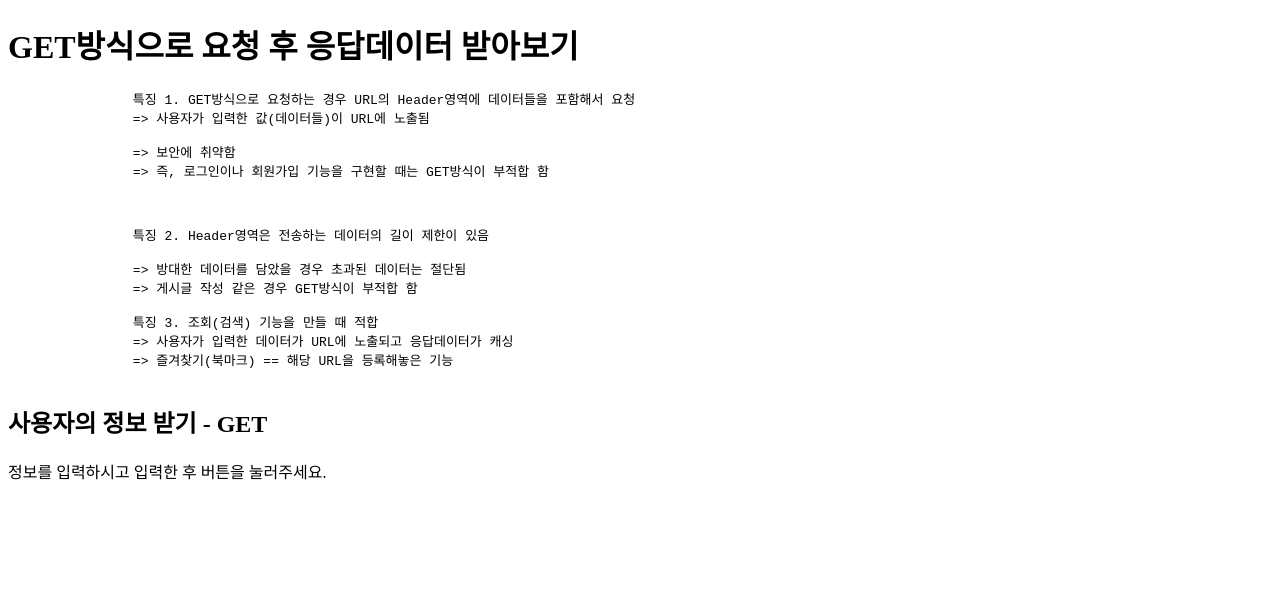
Repository: MiadongDeersfeet/webservice
Page: MyFirstWebProject/src/main/webapp/views/request_get.html
These files come from the project's save history. The page is drawn as it stood at one moment and after the next save; the edit follows.
The browser window is 1280 px wide. The pictures show the whole page.

Above is the page before, as saved 2025-09-22 08:05:36.

### MyFirstWebProject/src/main/webapp/views/request_get.html
<!DOCTYPE html>
<html>
<head>
<meta charset="UTF-8">
<title>Get 방식 요청 테스트</title>
<style>
	ul {
		list-style: none;
		line-height: 200%;
	}
</style>
</head>
<body>
	<h1>GET방식으로 요청 후 응답데이터 받아보기</h1>

	<pre>
		특징 1. GET방식으로 요청하는 경우 URL의 Header영역에 데이터들을 포함해서 요청
		=> 사용자가 입력한 값(데이터들)이 URL에 노출됨 <br>
		=> 보안에 취약함
		=> 즉, 로그인이나 회원가입 기능을 구현할 때는 GET방식이 부적합 함 <br><br>

		특징 2. Header영역은 전송하는 데이터의 길이 제한이 있음 <br>
		=> 방대한 데이터를 담았을 경우 초과된 데이터는 절단됨
		=> 게시글 작성 같은 경우 GET방식이 부적합 함

		특징 3. 조회(검색) 기능을 만들 때 적합
		=> 사용자가 입력한 데이터가 URL에 노출되고 응답데이터가 캐싱
		=> 즐겨찾기(북마크) == 해당 URL을 등록해놓은 기능
	</pre>

	<h2> 사용자의 정보 받기 - GET </h2>
	<p>정보를 입력하시고 입력한 후 버튼을 눌러주세요.</p>


</body>
</html>

After the next save:
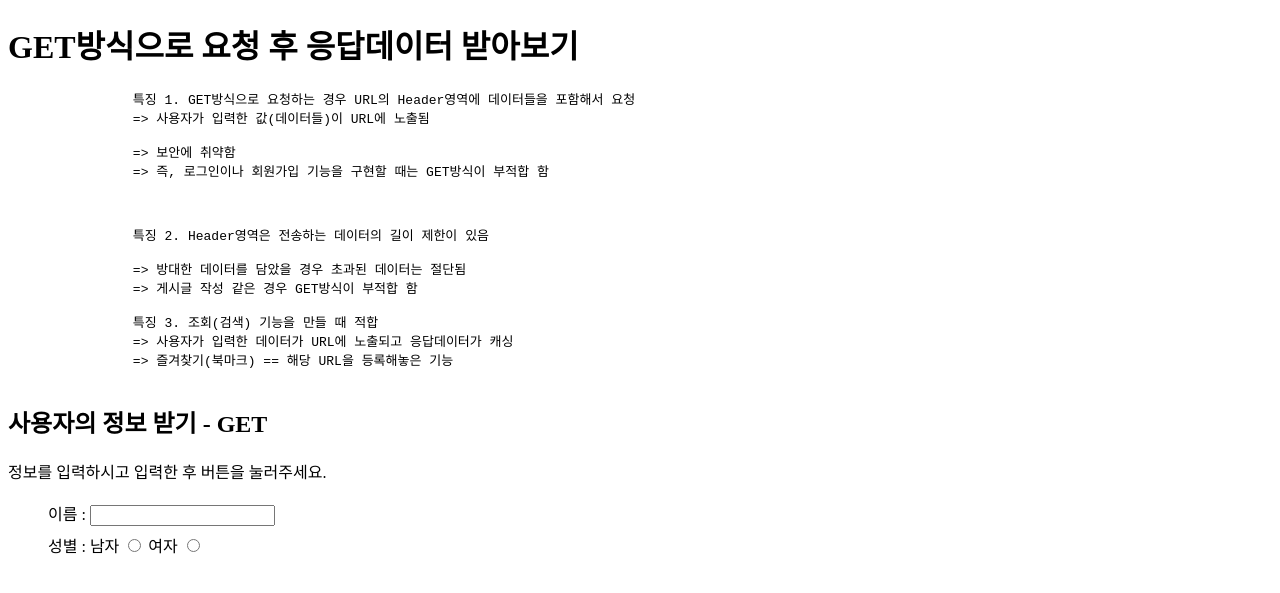
Saved 3 min 49 s later.
--- a/MyFirstWebProject/src/main/webapp/views/request_get.html
+++ b/MyFirstWebProject/src/main/webapp/views/request_get.html
@@ -31,6 +31,20 @@
 	<h2> 사용자의 정보 받기 - GET </h2>
 	<p>정보를 입력하시고 입력한 후 버튼을 눌러주세요.</p>
 
+	<form method="get">
+		<ul>
+			<li>
+				이름 : <input type="text">
+			</li>
+			<li>
+				성별 :
+				남자 <input type="radio">
+				여자 <input type="radio">
+			</li>
+		</ul>
 
+
+
+	</form>
 </body>
 </html>
